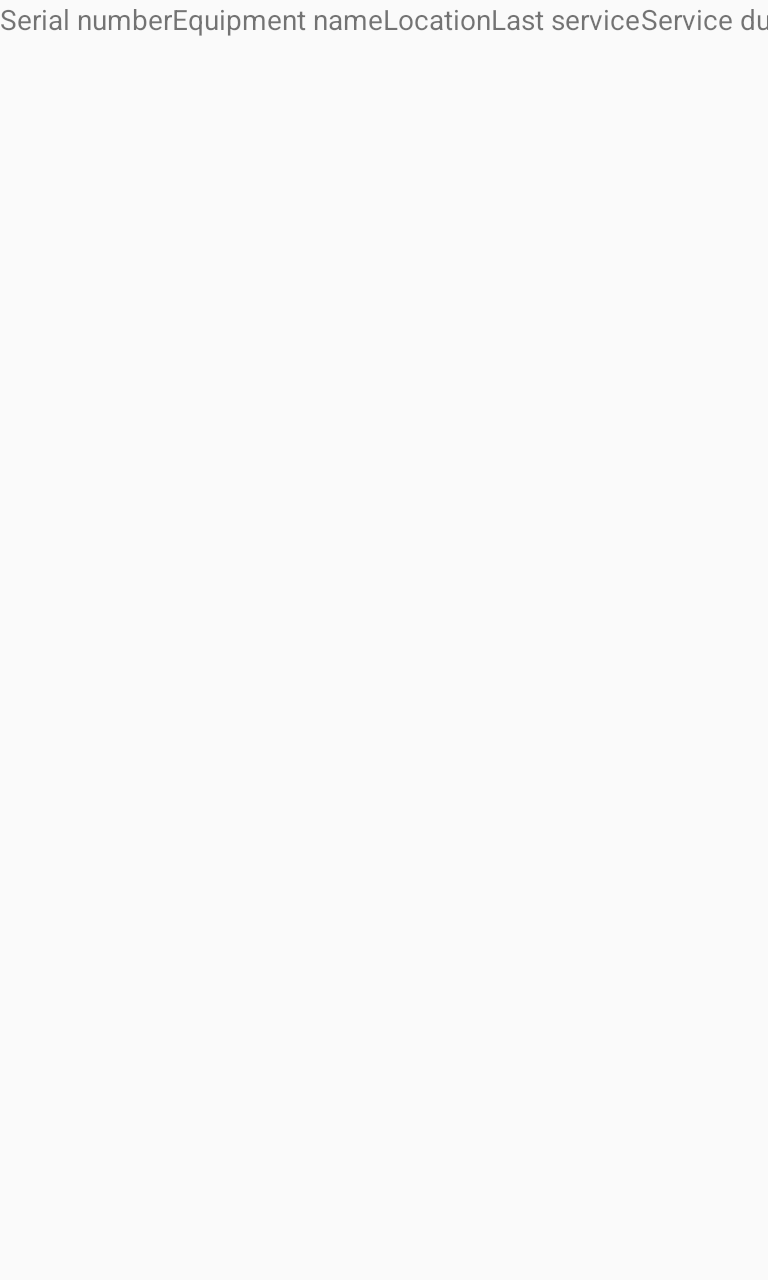
Repository: procmillie/AppKeepV9.12.14
Layout: StupidApp/res/layout/database_view123.xml
The author's editor kept a copy of each file at every save. The layout is drawn from the files as they stood at one save, then again after the next save.
It is drawn on a 768 x 1280 px phone screen (xhdpi) without system bars, with theme AppTheme; the app's code is not run.

Above is the layout before, as saved 2014-11-21 19:19:02.

After the next save:
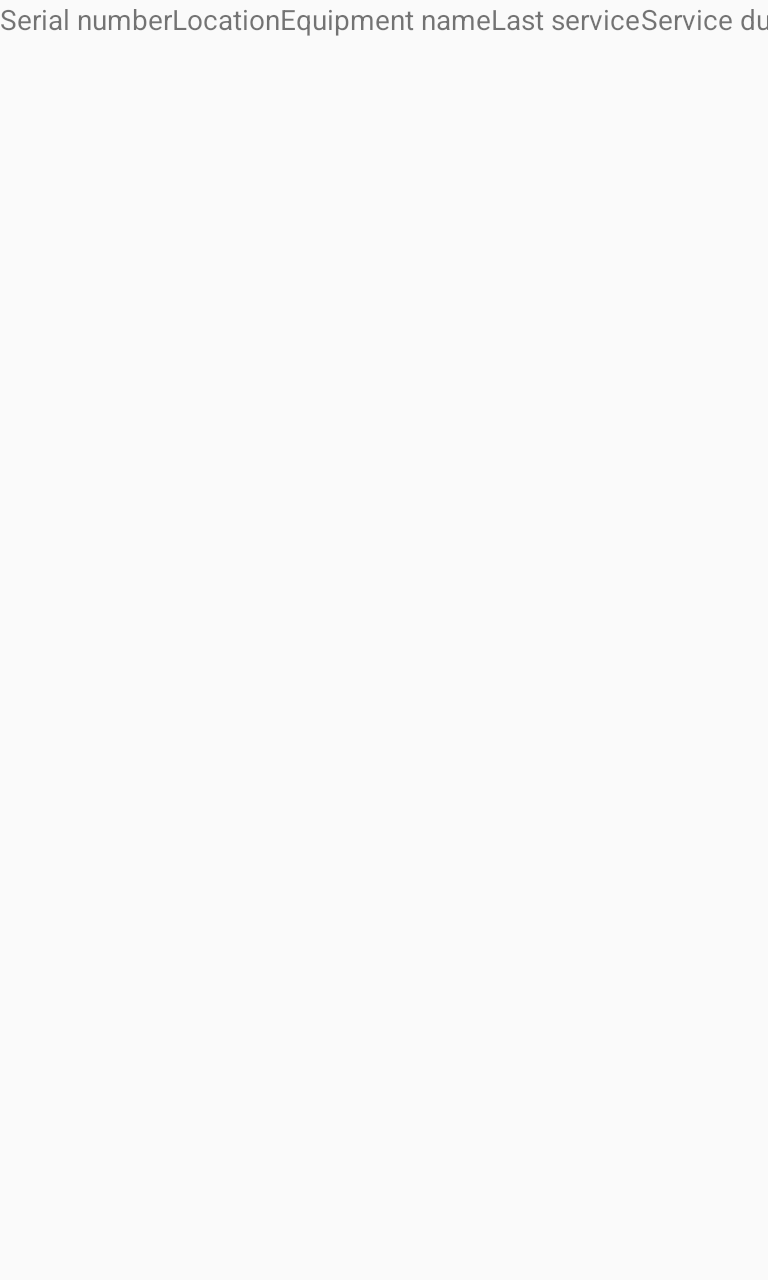
Saved 12 min 52 s later.
--- a/StupidApp/res/layout/database_view123.xml
+++ b/StupidApp/res/layout/database_view123.xml
@@ -6,45 +6,35 @@
     	android:layout_width="match_parent"
         android:layout_height="match_parent">
 
+    <HorizontalScrollView
+        android:id="@+id/horizontalScrollView1"
+        android:layout_width="wrap_content"
+        android:layout_height="wrap_content" >
+    </HorizontalScrollView>
 
     <TableLayout
-        android:layout_width="match_parent"
-        android:layout_height="wrap_content"
+        android:layout_width="fill_parent"
+        android:layout_height="fill_parent"
         android:scrollbars="horizontal|vertical" >
 
-        <TableRow>
+        <TableRow android:id="@+id/tableRow1">
               <TextView  android:text="@string/serial_num" 	 android:layout_width="match_parent"   android:layout_height="match_parent"/>
+
+              <TextView
+                  android:layout_width="match_parent"
+                  android:layout_height="match_parent"
+                  android:text="@string/equip_location" />
+
               <TextView  android:text="@string/equip_name" 	 android:layout_width="match_parent"   android:layout_height="match_parent"/>
-              <TextView  android:text="@string/equip_location" 	android:layout_width="match_parent"   android:layout_height="match_parent"/>
+
               <TextView  android:text="@string/date_last" 	 android:layout_width="match_parent"   android:layout_height="match_parent"/>
+
               <TextView  android:text="@string/date_due" 	 android:layout_width="match_parent"   android:layout_height="match_parent"/>
 
         </TableRow>
 
-        <TableRow
-            android:id="@+id/tableRow2"
-            android:layout_width="wrap_content"
-            android:layout_height="wrap_content" >
-        </TableRow>
-
-        <TableRow
-            android:id="@+id/tableRow3"
-            android:layout_width="wrap_content"
-            android:layout_height="wrap_content" >
-        </TableRow>
-
-        <TableRow
-            android:id="@+id/tableRow4"
-            android:layout_width="wrap_content"
-            android:layout_height="wrap_content" >
-        </TableRow>
-
-        <TableRow
-            android:id="@+id/tableRow5"
-            android:layout_width="wrap_content"
-            android:layout_height="wrap_content" >
-        </TableRow>
-
     </TableLayout>
 
+    <TextView  android:text="View Database" 	 android:layout_width="fill_parent"   android:layout_height="fill_parent"/>
+
 </LinearLayout>
